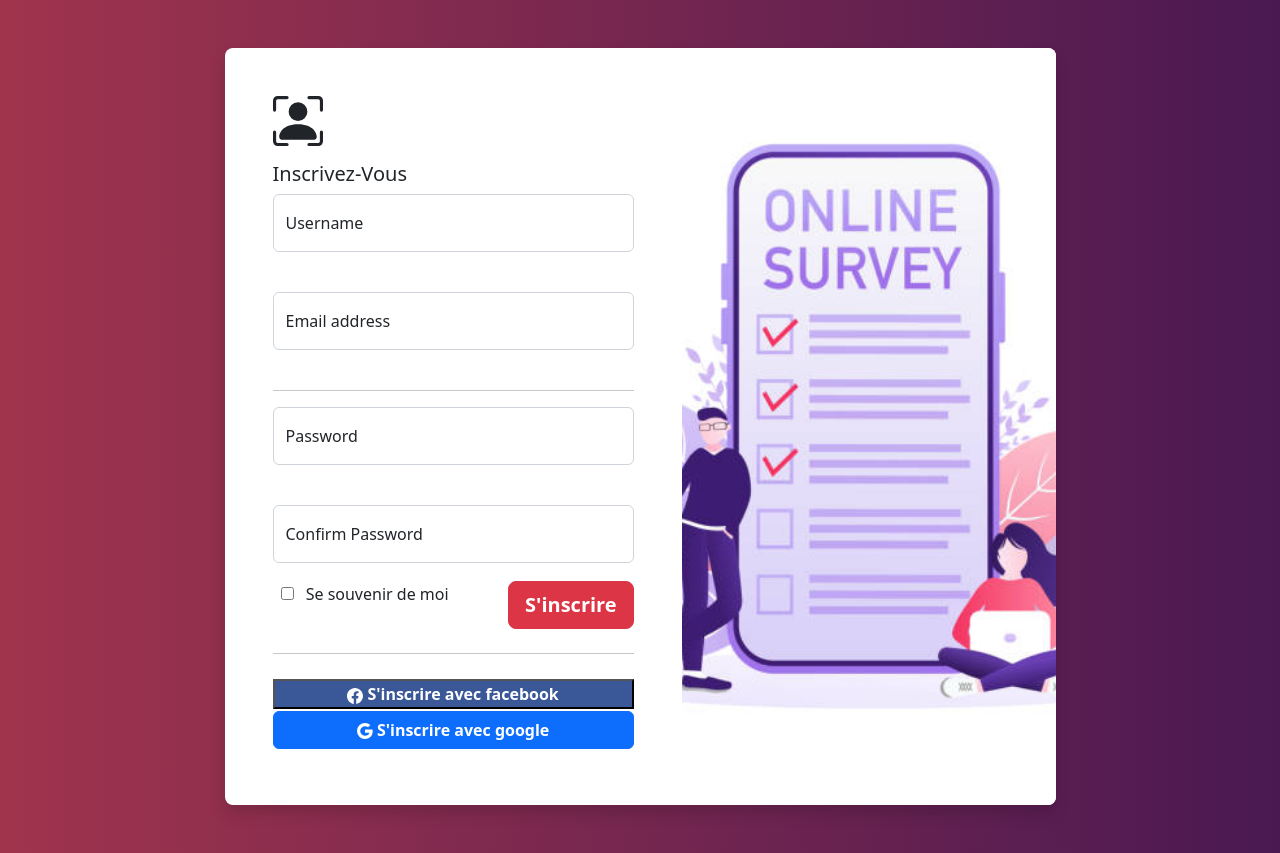
Repository: Djiamil/testsMoustaphaDER
Page: index.html
These files come from the project's save history. The page is drawn as it stood at one moment and after the next save; the edit follows.
The browser window is 1280 px wide. The pictures show the whole page.

Above is the page before, as saved 2022-12-09 00:46:43.

### index.html
<!DOCTYPE html>
<html lang="en">
<head>
    <meta charset="UTF-8">
    <meta http-equiv="X-UA-Compatible" content="IE=edge">
    <meta name="viewport" content="width=device-width, initial-scale=1.0">
    <title>Formulaire d'inscription Futur Digital</title>
    <link rel="stylesheet" href="https://cdn.jsdelivr.net/npm/bootstrap@5.2.3/dist/css/bootstrap.min.css" integrity="sha384-rbsA2VBKQhggwzxH7pPCaAqO46MgnOM80zW1RWuH61DGLwZJEdK2Kadq2F9CUG65" crossorigin="anonymous">
    <link rel="stylesheet" href="style.css">
</head>
<body>
    <div class="container">
        <div class="row">
          <div class="col-lg-10 col-xl-9 mx-auto">
            <div class="card flex-row my-5 border-0 shadow rounded-3 overflow-hidden">
                <div class="card-body p-4 p-sm-5">
                    <div class="d-flex flex-column">
                        <svg xmlns="http://www.w3.org/2000/svg" width="50" height="50" fill="currentColor" class="bi bi-person-bounding-box mb-3" viewBox="0 0 16 16">
                            <path d="M1.5 1a.5.5 0 0 0-.5.5v3a.5.5 0 0 1-1 0v-3A1.5 1.5 0 0 1 1.5 0h3a.5.5 0 0 1 0 1h-3zM11 .5a.5.5 0 0 1 .5-.5h3A1.5 1.5 0 0 1 16 1.5v3a.5.5 0 0 1-1 0v-3a.5.5 0 0 0-.5-.5h-3a.5.5 0 0 1-.5-.5zM.5 11a.5.5 0 0 1 .5.5v3a.5.5 0 0 0 .5.5h3a.5.5 0 0 1 0 1h-3A1.5 1.5 0 0 1 0 14.5v-3a.5.5 0 0 1 .5-.5zm15 0a.5.5 0 0 1 .5.5v3a1.5 1.5 0 0 1-1.5 1.5h-3a.5.5 0 0 1 0-1h3a.5.5 0 0 0 .5-.5v-3a.5.5 0 0 1 .5-.5z"/>
                            <path d="M3 14s-1 0-1-1 1-4 6-4 6 3 6 4-1 1-1 1H3zm8-9a3 3 0 1 1-6 0 3 3 0 0 1 6 0z"/>
                        </svg>
                        <h5 class="card-title  fw-light fs-5">Inscrivez-Vous</h5>
                    </div>
                    <form class="form" id="form">

                    <div class="form-floating mb-3">
                        <label for="floatingInputUsername">Username</label>
                        <input type="text" class="form-control" id="username" placeholder="Enter username">
                        <small>Error message</small>
                    </div>

                    <div class="form-floating mb-3">
                        <label for="floatingInputEmail">Email address</label>
                        <input type="text" class="form-control" id="email" placeholder="Enter email">
                        <small>Error message</small>
                    </div>

                    <hr>

                    <div class="form-floating mb-3">
                        <label for="floatingPassword">Password</label>
                        <input type="password" class="form-control" id="password" placeholder="Enter password">
                        <small>Error message</small>
                    </div>

                    <div class="form-floating mb-3">
                        <label for="floatingPasswordConfirm">Confirm Password</label>
                        <input type="password" class="form-control" id="password2" placeholder="Confirm your password">
                    </div>

                    <div class="d-grid mb-2 w-100 d-flex justify-content-between">
                        <div>
                            <input type="checkbox" value="" class="m-2">
                            Se souvenir de moi
                        </div>
                        <button class="btn btn-lg btn-danger btn-login fw-bold  mr-25" id="btninscription">S'inscrire</button>
                    </div>

                    <hr class="my-4">
                </form>
                    <div class="d-grid">
                        <button class="btn-facebook btn-login fw-bold ">
                            <svg xmlns="http://www.w3.org/2000/svg" width="16" height="16" fill="currentColor" class="bi bi-facebook" viewBox="0 0 16 16">
                                <path d="M16 8.049c0-4.446-3.582-8.05-8-8.05C3.58 0-.002 3.603-.002 8.05c0 4.017 2.926 7.347 6.75 7.951v-5.625h-2.03V8.05H6.75V6.275c0-2.017 1.195-3.131 3.022-3.131.876 0 1.791.157 1.791.157v1.98h-1.009c-.993 0-1.303.621-1.303 1.258v1.51h2.218l-.354 2.326H9.25V16c3.824-.604 6.75-3.934 6.75-7.951z"/>
                            </svg>
                            S'inscrire avec facebook
                        </button>
                    </div>
                    <div class="d-grid mb-2">
                        <button class="btn btn-primary fw-bold ">
                            <svg xmlns="http://www.w3.org/2000/svg" width="16" height="16" fill="currentColor" class="bi bi-google" viewBox="0 0 16 16">
                                <path d="M15.545 6.558a9.42 9.42 0 0 1 .139 1.626c0 2.434-.87 4.492-2.384 5.885h.002C11.978 15.292 10.158 16 8 16A8 8 0 1 1 8 0a7.689 7.689 0 0 1 5.352 2.082l-2.284 2.284A4.347 4.347 0 0 0 8 3.166c-2.087 0-3.86 1.408-4.492 3.304a4.792 4.792 0 0 0 0 3.063h.003c.635 1.893 2.405 3.301 4.492 3.301 1.078 0 2.004-.276 2.722-.764h-.003a3.702 3.702 0 0 0 1.599-2.431H8v-3.08h7.545z"/>
                              </svg> S'inscrire avec google
                        </button>
                    </div>

                </div>
                <div class="card-img-left d-none d-md-flex">
                    <!-- Background image for card set in CSS! -->
                  </div>
            </div>
        </div>
    </div>
<script src="https://cdn.jsdelivr.net/npm/bootstrap@5.2.3/dist/js/bootstrap.min.js" integrity="sha384-cuYeSxntonz0PPNlHhBs68uyIAVpIIOZZ5JqeqvYYIcEL727kskC66kF92t6Xl2V" crossorigin="anonymous"></script>
<script src="script.js"></script>
</body>
</html>

### style.css
@import url('https://fonts.googleapis.com/css2?family=Open+Sans:wght@300&display=swap');
:root{
  --success-color: #2ecc71;
  --error-color: #e74c3c;
}
body {
    background: #a0344d;
    background: linear-gradient(to right, #a0344d, #4a1952);
  }

  .card-img-left {
    width: 45%;
    /* Link to your background image using in the property below! */
    background: scroll center url('./image/ins.jpg');
    background-size: cover;
  }

  /* .btn-login {
    font-size: 0.9rem;
    letter-spacing: 0.05rem;
    padding: 0.75rem 1rem;
  } */

  /* .btn-google {
    color: white !important;
    background-color: #2297f4;
  } */

  .btn-facebook {
    color: white !important;
    background-color: #3a5798;
  }
  .form-floating input:focus{
    outline: 0;
    border-color: #777;
}

.form-floating.success input{
    border-color: var(--success-color);
    margin: 2rem;
}

.form-floating.error input{
    border-color: var(--error-color);
}

  .form-floating small{
    color: var(--error-color);
    bottom: 0;
    left: 0;
    visibility: hidden;
}

.form-floating.error small{
    visibility: visible;
}
button{
  position:relative;
  margin-top: 0.1rem;
}

### script.js
const form = document.getElementById('form');
const username = document.getElementById('username');
const email = document.getElementById('email');
const password = document.getElementById('password');
const password2 = document.getElementById('password2');



function showError(input, message) {//Afficher les messages d'erreur
    const formControl = input.parentElement;
    formControl.className = 'form-floating error';
    const small = formControl.querySelector('small');
    small.innerText = message;
}

function showSuccess(input) {
    const formControl = input.parentElement;
    formControl.className = 'form-floating success';
}

function checkEmail(input) {//Tester si l'email est valide :  javascript : valid email
    const re = /^(([^<>()\[\]\\.,;:\s@"]+(\.[^<>()\[\]\\.,;:\s@"]+)*)|(".+"))@((\[[0-9]{1,3}\.[0-9]{1,3}\.[0-9]{1,3}\.[0-9]{1,3}\])|(([a-zA-Z\-0-9]+\.)+[a-zA-Z]{2,}))$/;

    if (re.test(input.value.trim().toLowerCase())) {
        showSuccess(input);
    } else {
        showError(input,`Email is not valid!`);
    }
}

function checkRequired(inputArray) {// Tester si les champs ne sont pas vides
    inputArray.forEach(input => {
        if (input.value.trim() === '') {
            showError(input,`${getFieldName(input)} is required`);
        }else{
            showSuccess(input);
        }
    });
}

//
function getFieldName(input) {//Retour le nom de chaque input en se basant sur son id
    return input.id.charAt(0).toUpperCase() + input.id.slice(1);
}
//

//
function checkLength(input, min, max) {//Tester la longueur de la valeur  d'un input
    if(input.value.length < min){
        showError(input, `${getFieldName(input)} must be at least ${min} characters!`)
    }else if(input.value.length > max){
        showError(input, `${getFieldName(input)} must be less than ${max} characters !`);
    }else{
        showSuccess(input);
    }
}
//
function checkPasswordMatch(input1, input2) {//Verifie la conformité des password
    if (input1.value !== input2.value) {
        showError(input2, 'Passwords do not match!');
    }
}

form.addEventListener('submit',function(e){
    e.preventDefault();//Bloquer la soumission du formulaire


    checkRequired([username, email, password, password2]);
    //
    checkLength(username, 3, 15);
    checkLength(password, 6, 25);
    checkEmail(email);
    checkPasswordMatch(password,password2);


    /*
    function isValidEmail(email) {//Tester si l'email est valide
    const re = /^(([^<>()\[\]\\.,;:\s@"]+(\.[^<>()\[\]\\.,;:\s@"]+)*)|(".+"))@((\[[0-9]{1,3}\.[0-9]{1,3}\.[0-9]{1,3}\.[0-9]{1,3}\])|(([a-zA-Z\-0-9]+\.)+[a-zA-Z]{2,}))$/;
    return re.test(String(email).toLowerCase());
}
*/
});

After the next save:
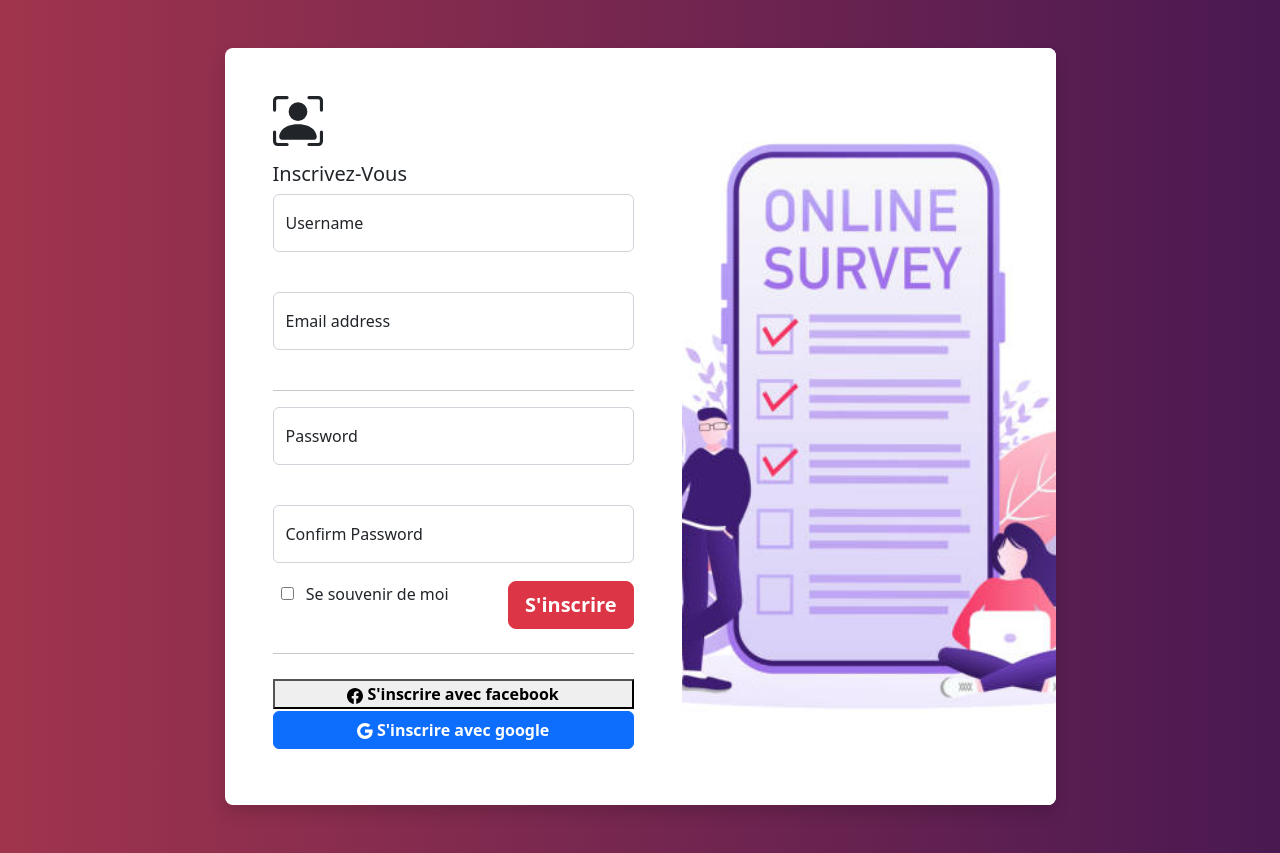
Saved 8 s later.
--- a/style.css
+++ b/style.css
@@ -26,10 +26,10 @@
     background-color: #2297f4;
   } */
 
-  .btn-facebook {
+  /* .btn-facebook {
     color: white !important;
     background-color: #3a5798;
-  }
+  } */
   .form-floating input:focus{
     outline: 0;
     border-color: #777;

After the save that followed:
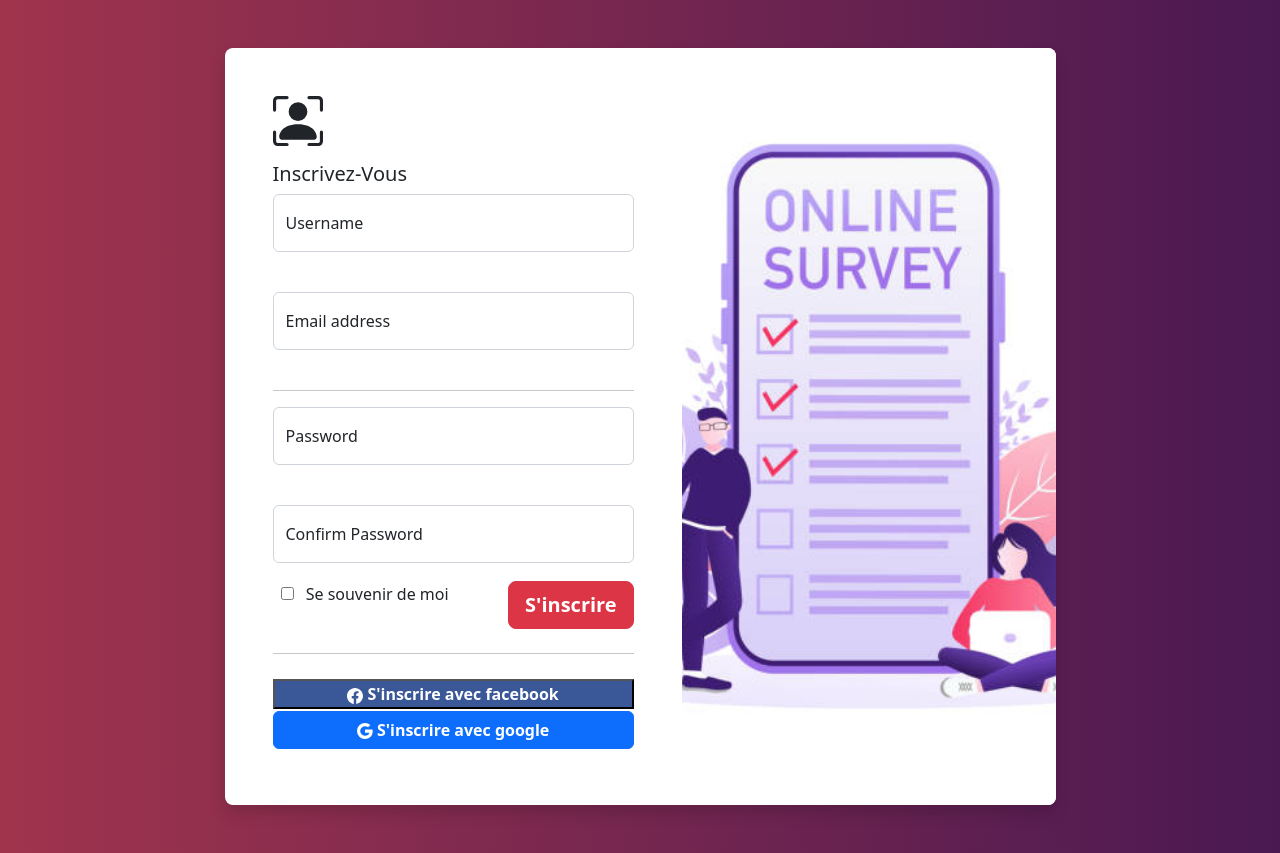
Saved 9 s later.
--- a/style.css
+++ b/style.css
@@ -26,10 +26,10 @@
     background-color: #2297f4;
   } */
 
-  /* .btn-facebook {
+  .btn-facebook {
     color: white !important;
     background-color: #3a5798;
-  } */
+  }
   .form-floating input:focus{
     outline: 0;
     border-color: #777;
